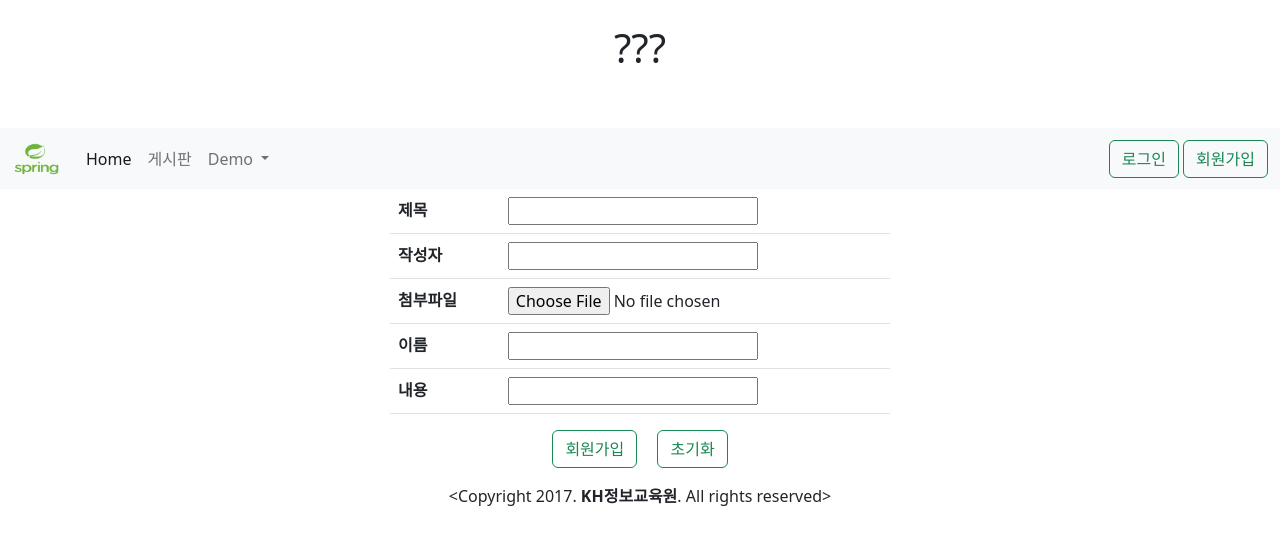
Repository: yerimeee/06_springWork
Page: http://localhost/springProject/WEB-INF/views/board/boardForm.jsp
The author's editor kept a copy of each file at every save. The page is drawn from the files as they stood at one save, then again after the next save.
The browser window is 1280 px wide. The pictures show the whole page.
The page is served by Tomcat 9. Nobody is signed in. Other server files are loaded and not shown. The template is opened directly, without the code that normally fills it, so the values that code supplies are empty.

Above is the page before, as saved 2023-06-19 01:15:59.
Console error: TypeError: Cannot read properties of null (reading 'addEventListener')

### springProject/src/main/webapp/WEB-INF/views/board/boardForm.jsp
<%@ page language="java" contentType="text/html; charset=UTF-8"
    pageEncoding="UTF-8"%>

<style>
	#container{width:500px; margin:auto;}
	th, td{height:30px;}
	input{width:250px;}
	.guide {display:none;}
	.ok {color:green;}
	.error {color:red;}
</style>
<jsp:include page="/WEB-INF/views/common/header.jsp">
	<jsp:param value="글쓰기" name="title"/>
</jsp:include>
	<div id="container">
		<form action="${pageContext.request.contextPath}/board/boardEnroll.bo" method="post" name="enrollfrm" enctype="multipart/form">
			<table class="table">
				<tr>
					<th scope="col">제목</th>
					<td scope="col">
						<input name="boardTitle" required>
					</td>
				</tr>
				<tr>
					<th scope="col">작성자</th>
					<td scope="col">
						<input name="boardWriter" readonly>
					</td>
				</tr>
				<tr>
					<th scope="col">첨부파일</th>
					<td scope="col">
						<input type="file" name="upFile">
					</td>
				</tr>
					<tr>
					<th scope="col">이름</th>
					<td scope="col">
						<input name="userName" required>
					</td>
				</tr>
					<tr>
					<th scope="col">내용</th>
					<td scope="col">
						<input name="content" row="10" cols="50" required>
					</td>
				</tr>
			</table>
			<button class="btn btn-outline-success" type="submit" >회원가입</button>&emsp;
			<button class="btn btn-outline-success" type="reset">초기화</button>
		</form>
	</div>
	<script type="text/javascript">
		document.querySelector("#userId").addEventListener("keyup",(e) => { //문서가 올라오면 바로 실행
			const ok = document.querySelector(".ok"); //클래스 이름이 ok인 것
			const error = document.querySelector(".error");
			const userId = e.target;

			if(userId.value.length < 4) {
				ok.style.display = "none";
				error.style.display = "none";
				return;
			}

			$.ajax({
				url : "${pageContext.request.contextPath}/member/checkId.do",
				data : {userId : userId.value},
				dataType : "json",
				success(result) {
					console.log(result);
					const {userId, available} = result; //언팩킹: 각각의 변수에 담아주는 것()

					if(available) {
						ok.style.display = "inline";
						error.style.display = "none";
					} else {
						ok.style.display = "none";
						error.style.display = "inline";
					}
				},
				error : console.log
			});
		});
	</script>
<jsp:include page="/WEB-INF/views/common/footer.jsp" />

### springProject/src/main/webapp/WEB-INF/views/common/header.jsp
<%@ page language="java" contentType="text/html; charset=UTF-8"
    pageEncoding="UTF-8"%>
<%@ taglib prefix="c" uri="http://java.sun.com/jsp/jstl/core" %>
<%@ taglib prefix="fmt" uri="http://java.sun.com/jsp/jstl/fmt" %>
<%@ taglib prefix="fn" uri="http://java.sun.com/jsp/jstl/functions" %>
<!DOCTYPE html>
<html>
<head>
<meta charset="UTF-8">

<title>${param.title }</title> <!-- input form은 request. 으로 받고 param으로 들어온 건 param으로 받음 -->

<script src="https://ajax.googleapis.com/ajax/libs/jquery/3.6.3/jquery.min.js"></script>
<link href="https://cdn.jsdelivr.net/npm/bootstrap@5.2.3/dist/css/bootstrap.min.css" rel="stylesheet" integrity="sha384-rbsA2VBKQhggwzxH7pPCaAqO46MgnOM80zW1RWuH61DGLwZJEdK2Kadq2F9CUG65" crossorigin="anonymous">
<link rel="stylesheet" href="${pageContext.request.contextPath}/resources/css/style.css">

<!-- DB에 저장이 잘 되었다면 alert창 띄우기 -->
<c:if test="${not empty msg }">
	<script type="text/javascript">
		alert('${msg}');
	</script>
</c:if>

</head>
<body>
	<script src="https://cdn.jsdelivr.net/npm/bootstrap@5.2.3/dist/js/bootstrap.bundle.min.js" integrity="sha384-kenU1KFdBIe4zVF0s0G1M5b4hcpxyD9F7jL+jjXkk+Q2h455rYXK/7HAuoJl+0I4" crossorigin="anonymous"></script>

	<header>
		<br>
		<h1 align="center">${param.title }</h1>
		<br><br>
		<nav class="navbar navbar-expand-lg bg-light">
		  <div class="container-fluid">
		    <a class="navbar-brand" href="#">
		    	<img src="${pageContext.request.contextPath}/resources/img/spring.png" alt="spring" width="50" height="35">
		    </a>
		    <button class="navbar-toggler" type="button" data-bs-toggle="collapse" data-bs-target="#navbarSupportedContent" aria-controls="navbarSupportedContent" aria-expanded="false" aria-label="Toggle navigation">
		      <span class="navbar-toggler-icon"></span>
		    </button>
		    <div class="collapse navbar-collapse" id="navbarSupportedContent">
		      <ul class="navbar-nav me-auto mb-2 mb-lg-0">
		        <li class="nav-item">
		          <a class="nav-link active" aria-current="page" href="${pageContext.request.contextPath }">Home</a>
		        </li>
		        <li class="nav-item">
		          <a class="nav-link" href="${pageContext.request.contextPath }/board/boardList.bo">게시판</a>
		        </li>
		        <li class="nav-item dropdown">
		          <a class="nav-link dropdown-toggle" href="#" role="button" data-bs-toggle="dropdown" aria-expanded="false">
		            Demo
		          </a>
		          <ul class="dropdown-menu">
		            <li><a class="dropdown-item" href="${pageContext.request.contextPath}/demo/devForm.do">Demo등록</a></li>
		            <li><a class="dropdown-item" href="${pageContext.request.contextPath}/demo/devList.do">Demo목록</a></li>
		          </ul>
		        </li>
		      </ul>
		      <%-- <button class="btn btn-outline-success" type="button" onclick="location.href='${pageContext.request.contextPath}/member/memberLogin.me'">로그인</button>&nbsp;--%>
		      																						<!-- 경로 이렇게 설정하면 get방식이 됨 -->

		    <!-- 로그인이 되어있지 않으면 로그인창 -->
		      <c:if test="${empty loginMember }">
		      	<button class="btn btn-outline-success" type="button"
		      		data-bs-toggle="modal" data-bs-target="#loginModal">로그인</button>&nbsp;
		      	<!-- 토글은 한 번 눌렀으면 보여지고 다시 누르면 안 보이는 기능인데 모달 창에서 버튼을 누르면 다른 모달창으로 넘어갈 수 있게 구현한 것임 -->
		      	<button class="btn btn-outline-success" type="button"
		      		onclick="location.href='${pageContext.request.contextPath}/member/memberEnroll.me'">회원가입</button>
		      	<!-- onclikc locatio.href으로 했으니 get방식이 됨 -->
		      </c:if>

		      <!-- 로그인이 되었으면 -->
		      <c:if test="${not empty loginMember }">
		      	<a href="${pageContext.request.contextPath }/member/memberDetail.me">${loginMember.userName }님 로그인 되었습니다</a>&emsp;
		      	<button class="btn btn-outline-success" type="button"
		      		onclick="location.href='${pageContext.request.contextPath}/member/memberLogout.me'">로그아웃</button>
		      </c:if>
		    </div>
		  </div>
		</nav>

		<!-- 로그인 모달창 -->
		<div class="modal" tabindex="-1" id="loginModal">
		  <div class="modal-dialog">
		    <div class="modal-content">
		      <div class="modal-header">
		        <h5 class="modal-title">로그인</h5>
		        <button type="button" class="btn-close" data-bs-dismiss="modal" aria-label="Close"></button>
		      </div>

		      <form action="${pageContext.request.contextPath }/member/memberLogin.me" method="post">
			      <div class="modal-body">
					<div class="mb-3 row">
						<label for="name" class="col-sm-2 col-form-label">ID</label>
						<div class="col-sm-10">
							<input type="text" class="form-control" name="userId" required>
						</div>
					</div>
						<div class="mb-3 row">
							<label for="career" class="col-sm-2 col-form-label">PW</label>
							<div class="col-sm-10">
								<input type="password" class="form-control" name="userPwd" required>
							</div>
						</div>
			      </div>

		      <div class="modal-footer">
		        <button type="button" class="btn btn-secondary" data-bs-dismiss="modal">닫기</button>
		        <button type="submit" class="btn btn-primary" data-bs-dismiss="modal">로그인</button>
		      </div>
		      </form>
		    </div>
		  </div>
		</div>
	</header>
	<section>

</body>
</html>

### springProject/src/main/webapp/WEB-INF/views/common/footer.jsp
<%@ page language="java" contentType="text/html; charset=UTF-8"
    pageEncoding="UTF-8"%>

	</section>
	<footer>
		<p>&lt;Copyright 2017. <strong>KH정보교육원</strong>. All rights reserved&gt;</p>
	</footer>

	</body>
</html>

### springProject/src/main/webapp/resources/css/style.css
@charset "UTF-8";

h1 {text-align:center;}
section {text-align:center;}
footer {text-align:center;}

After the next save:
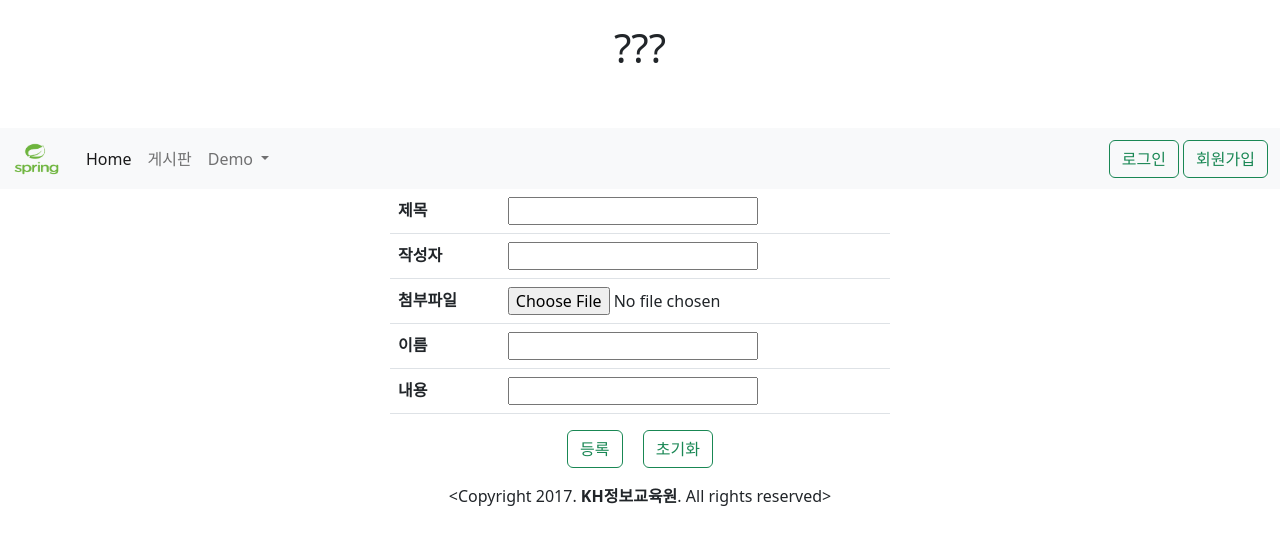
Saved 9 s later.
--- a/springProject/src/main/webapp/WEB-INF/views/board/boardForm.jsp
+++ b/springProject/src/main/webapp/WEB-INF/views/board/boardForm.jsp
@@ -46,7 +46,7 @@
 					</td>
 				</tr>
 			</table>
-			<button class="btn btn-outline-success" type="submit" >회원가입</button>&emsp;
+			<button class="btn btn-outline-success" type="submit" >등록</button>&emsp;
 			<button class="btn btn-outline-success" type="reset">초기화</button>
 		</form>
 	</div>
